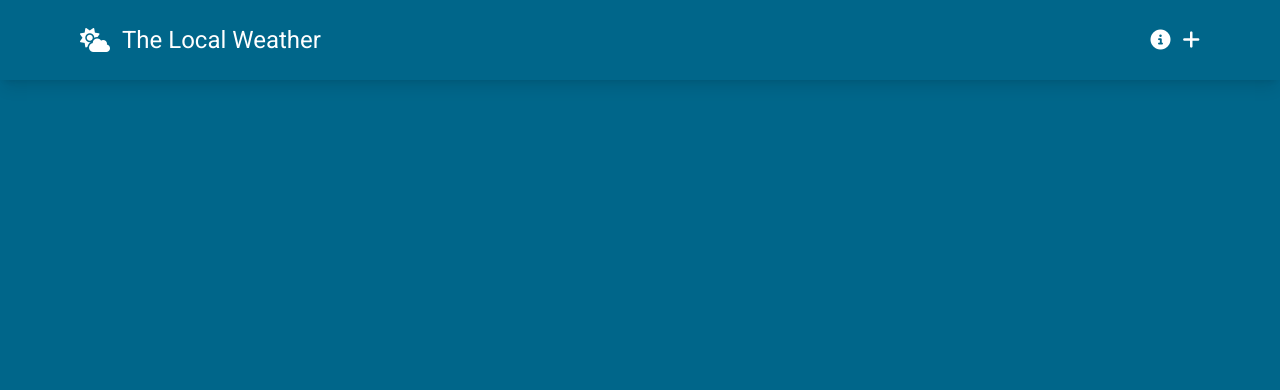
Repository: fatemesoleymanian/weather-with-map
Page: /
These files come from the project's save history. The page is drawn as it stood at one moment and after the next save; the edit follows.
The browser window is 1280 px wide. The pictures show the whole page.
Some web libraries are served in a nearby version. The project was rebuilt for these pictures with package versions that can differ from the ones it lists, and the page was loaded fresh each time. Also part of the build but not shown: vue.config.js.

Above is the page before, as saved 2023-05-05 14:07:40.

### public/index.html
<!DOCTYPE html>
<html lang="">
  <head>
    <meta charset="utf-8">
    <meta http-equiv="X-UA-Compatible" content="IE=edge">
    <meta name="viewport" content="width=device-width,initial-scale=1.0">
    <link rel="icon" href="<%= BASE_URL %>favicon.ico">
    <link href="https://fonts.googleapis.com/css2?family=Roboto:wght@300;400;500&display=swap" rel="stylesheet" />
    <link rel="stylesheet" href="https://cdnjs.cloudflare.com/ajax/libs/font-awesome/6.1.1/css/all.min.css"
      integrity="sha512-KfkfwYDsLkIlwQp6LFnl8zNdLGxu9YAA1QvwINks4PhcElQSvqcyVLLD9aMhXd13uQjoXtEKNosOWaZqXgel0g=="
      crossorigin="anonymous" referrerpolicy="no-referrer" />
    <title><%= htmlWebpackPlugin.options.title %></title>
  </head>
  <body>
    <noscript>
      <strong>We're sorry but <%= htmlWebpackPlugin.options.title %> doesn't work properly without JavaScript enabled. Please enable it to continue.</strong>
    </noscript>
    <div id="app"></div>
    <!-- built files will be auto injected -->
  </body>
</html>

### src/App.vue
<template>
  <div class="flex flex-col min-h-screen font-Roboto bg-weather-primary">
    <Navigation />
    <RouterView />
  </div>
</template>

<script>
// import { RouterView } from 'vue-router';
import Navigation from './components/Navigation.vue'
export default {
  name: 'App',
  components: {
    Navigation
  }
}
</script>

<style lang="scss" scoped>
.search-box {
  margin-bottom: 30px;
  width: 100%;
}

.search-box .search-bar {
  border-radius: 0 15px 0 15px;
  display: block;
  padding: 15px;
  width: 100%;
  font-size: 20px;
  border: none;
  background: none;
  appearance: none;
  background-color: rgba(255, 255, 255, 0.25);
  box-shadow: 0 0 8px rgba(0, 0, 0, 0.25);
  transition: 0.4s;
}

.search-box .search-bar:focus {
  outline: none;
  box-shadow: 0 0 16px rgba(0, 0, 0, 0.5);
  border-radius: 15px 0px 15px 0px;
}
</style>

### src/components/Navigation.vue
<template>
   <header class="sticky top-0 bg-weather-primary shadow-lg md:px-10 lg:px-20 ">
        <nav class="container flex flex-col sm:flex-row items-center gap-4 text-white py-6">
            <RouterLink :to="{ name: 'Home' }">
                <div class="flex items-center gap-3">
                    <i class="fas fa-cloud-sun text-2xl"></i>
                    <p class="text-2xl">The Local Weather</p>
                </div>
            </RouterLink>

            <div class="flex gap-3 flex-1 justify-end">
                <i class="fa-solid fa-circle-info text-xl hover:text-weather-secondary duration-150 cursor-pointer"
                @click="toggleModal"></i>
                <i class="fa-solid fa-plus text-xl hover:text-weather-secondary duration-150 cursor-pointer"></i>
            </div>
            <!-- <BaseModal :modalActive="modalActive" @close-modal="toggleModal">
                <div class="text-black">
                    <h1 class="text-2xl mb-1">About:</h1>
                    <p class="mb-4">
                        The Local Weather allows you to track the current and
                        future weather of cities of your choosing.
                    </p>
                    <h2 class="text-2xl">How it works:</h2>
                    <ol class="list-decimal list-inside mb-4">
                        <li>
                            Search for your city by entering the name into the
                            search bar or finding it on map.
                        </li>
                        <li>
                            Select a city within the results, this will take
                            you to the current weather for your selection.
                        </li>
                        <li>
                            Track the city by clicking on the "+" icon in the
                            top right. This will save the city to view at a
                            later time on the home page.
                        </li>
                    </ol>

                    <h2 class="text-2xl">Removing a city</h2>
                    <p>
                        If you no longer wish to track a city, simply select
                        the city within the home page. At the bottom of the
                        page, there will be am option to delete the city.
                    </p>
                </div>
            </BaseModal> -->
        </nav>
    </header>
</template>

<script>
export default {
  name: 'NavigationComponent',

}
</script>

### tailwind.config.js
/** @type {import('tailwindcss').Config} */
module.exports = {
  content: ['./public/**/*.html', './src/**/*.{vue,js,ts,jsx,tsx}'],
  theme: {
    extend: {
      colors: {
        "weather-primary": "#00668A",
        "weather-secondary": "#004E71",
      },
    },
    fontFamily: {
      Roboto: ["Roboto, sans-serif"],
    },
  },
  container: {
    padding: "2rem",
    center: true,
  },
  screens: {
    sm: "640px",
    md: "768px",
  },
  plugins: [],
}

### src/components/BaseModal.vue
<template>
    <Teleport to="body">
        <Transition name="modal-outer">
            <div v-show="modalActive"
                class="absolute w-full bg-black bg-opacity-30 h-screen top-0 left-0 flex justify-center px-8">
                <Transition name="modal-inner">
                    <div v-if="modalActive" class="p-4 bg-white self-start mt-32 max-w-screen-md">
                        <slot />
                        <button class="text-white mt-8 bg-weather-primary py-2 px-6" @click="$emit('close-modal')">
                            Close
                        </button>
                    </div>
                </Transition>
            </div>
        </Transition>
    </Teleport>
</template>

<script setup>
defineEmits(["close-modal"]);
defineProps({
  modalActive: {
    type: Boolean,
    default: false,
  },
});
</script>

<style scoped>
.modal-outer-enter-active,
.modal-outer-leave-active {
  transition: opacity 0.3s cubic-bezier(0.52, 0.02, 0.19, 1.02);
}
.modal-outer-enter-from,
.modal-outer-leave-to {
  opacity: 0;
}
.modal-inner-enter-active {
  transition: all 0.3s cubic-bezier(0.52, 0.02, 0.19, 1.02) 0.15s;
}
.modal-inner-leave-active {
  transition: all 0.3s cubic-bezier(0.52, 0.02, 0.19, 1.02);
}
.modal-inner-enter-from {
  opacity: 0;
  transform: scale(0.8);
}
.modal-inner-leave-to {
  transform: scale(0.8);
}
</style>

Loaded but not shown: src/main.js (common file); src/assets/tailwind.css (common file)

After the next save:
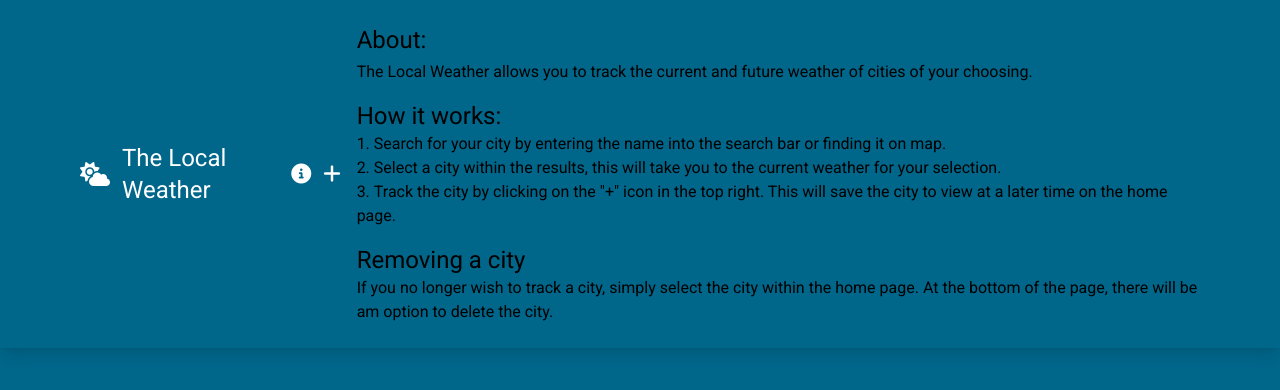
Saved 3 min 59 s later.
--- a/src/components/Navigation.vue
+++ b/src/components/Navigation.vue
@@ -13,7 +13,7 @@
                 @click="toggleModal"></i>
                 <i class="fa-solid fa-plus text-xl hover:text-weather-secondary duration-150 cursor-pointer"></i>
             </div>
-            <!-- <BaseModal :modalActive="modalActive" @close-modal="toggleModal">
+            <BaseModal :modalActive="modalActive" @close-modal="toggleModal">
                 <div class="text-black">
                     <h1 class="text-2xl mb-1">About:</h1>
                     <p class="mb-4">
@@ -44,12 +44,13 @@
                         page, there will be am option to delete the city.
                     </p>
                 </div>
-            </BaseModal> -->
+            </BaseModal>
         </nav>
     </header>
 </template>
 
 <script>
+import BaseModal from './BaseModal.vue'
 export default {
   name: 'NavigationComponent',
 

After the 3 saves that followed:
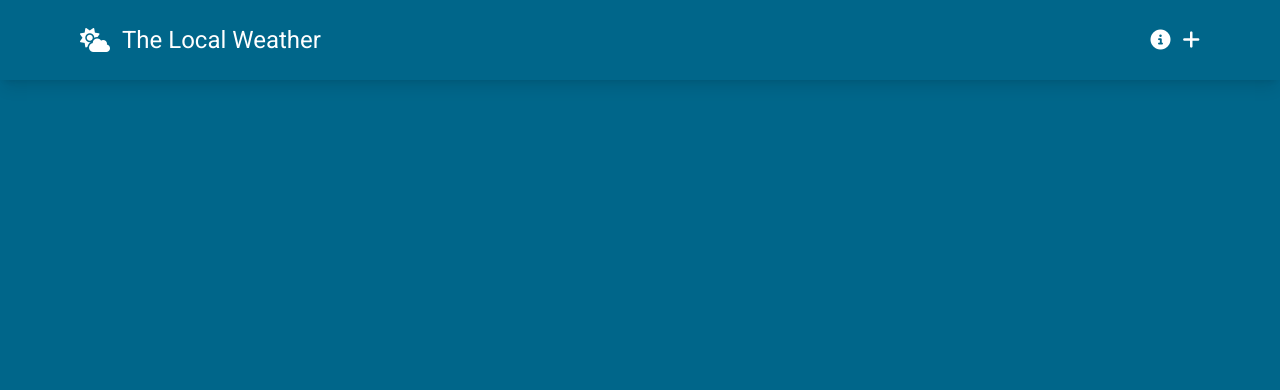
The 3 saves are shown as one change because 1 did not build or start and 1 left the picture as it was.
The last was saved 84 s later.
--- a/src/components/Navigation.vue
+++ b/src/components/Navigation.vue
@@ -53,6 +53,9 @@
 import BaseModal from './BaseModal.vue'
 export default {
   name: 'NavigationComponent',
+  components: {
+    BaseModal
+  }
 
 }
 </script>
